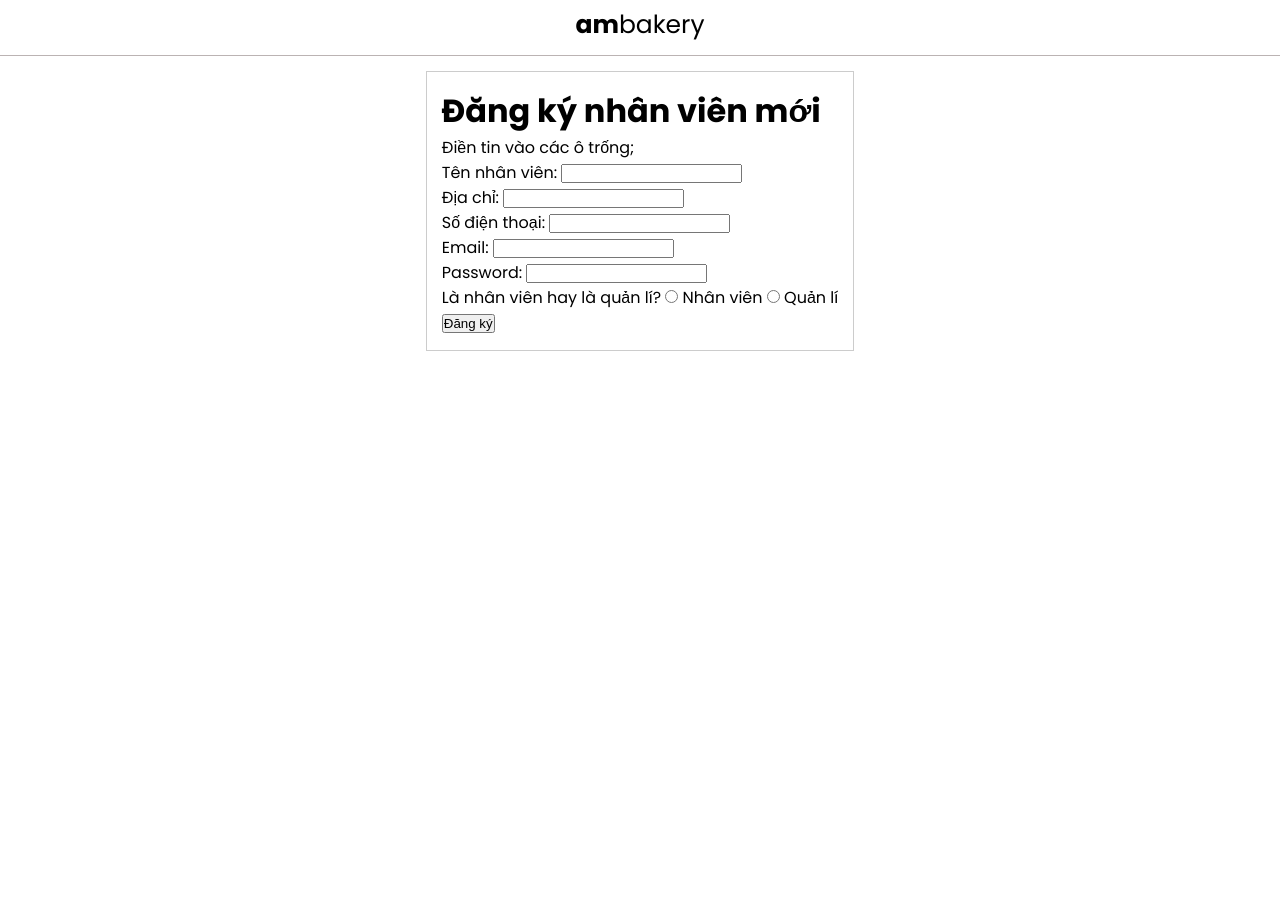
Repository: ntsanq/AmBakery
Page: http://localhost/j2school_Project/admin/dashboard_quanly/form_them_nhanvien.php
These files come from the project's save history. The page is drawn as it stood at one moment and after the next save; the edit follows.
The browser window is 1280 px wide. The pictures show the whole page.
The page is run by PHP 8.4 with error messages shown; the project is at /var/www/html/.

Above is the page before, as saved 2021-12-21 22:51:13.

### admin/dashboard_quanly/form_them_nhanvien.php
<!DOCTYPE html>
<html>
<head>
	<meta charset="utf-8">
	<meta name="viewport" content="width=device-width, initial-scale=1">
	<title>Đăng ký cho nhân viên</title>
	<link rel="stylesheet" href="css/form.css">
	<link href="https://fonts.googleapis.com/css2?family=Poppins:wght@300;400;500;600;700&family=Roboto:wght@500&display=swap0" rel="stylesheet">
</head>
<body>
<header>
        <div id="header">
            <a href="#" class="header__logo" >
                <span><b>am</b>bakery</span>
            </a>
        </div>
    </header>
	<div class="container">
		<form action="them_nhanvien_process.php" method="POST">
			<div >
				<h1>Đăng ký nhân viên mới</h1>
				<p>Điền	 tin vào các ô trống;</p>

				<!-- <label for="ma">Mã nhân viên: </label>
				<input type="text" name="ma">
				<br> -->
				<label for="ten">Tên nhân viên: </label>
				<input type="text" name="ten">
				<br>
				<label for="dia_chi">Địa chỉ: </label>
				<input type="text" name="dia_chi">
				<br>
				<label for="sdt">Số điện thoại: </label>
				<input type="text" name="sdt">
				<br>
				<label for="email">Email: </label>
				<input type="text" name="email">
				<br>
				<label for="mat_khau">Password: </label>
				<input type="password" name="mat_khau">
				<br>
				<label for="cap_do">Là nhân viên hay là quản lí?  </label>
				<input type="radio" name="cap_do" value="0">
				<label for="nhan_vien">Nhân viên </label>
				<input type="radio" name="cap_do" value="1">
				<label for="quan_li">Quản lí </label>
				<br>
				 <input type="submit" id="them_nhanvien_btn" value="Đăng ký">
			</div>
		</form>
	</div>
</body>
</html>

### admin/dashboard_quanly/css/form.css
*{
	margin: 0;
	padding: 0;
}

html{
	box-sizing: border-box;
	font-size: 62.5%; /*10px*/
}

body{
	font-family: "Poppins", sans-serif;
	font-size: 1.6rem;
	height:90rem;
	font-weight: 400;


}
header{
	width: 100%;
	height: 50px;
	font-family: inherit;
	display: flex;
	justify-content: center;
	align-items: center;
	font-size: 1.5rem;
	padding-bottom: 0.5rem;
	border-bottom: 1px solid rgb(187, 179, 179);
	position: relative;
	background-color: white;
}
a{
	text-decoration: none;
	color: black;
}
p{
	margin-bottom: 0%;
}
.header__logo span{
	font-size: 2.5rem;
}
.container{
  width: 1200px;
  margin: 0 auto;
  display: flex;
  justify-content: center;
  align-items: center;
  margin-top: 1.5rem;

}
.container form{
  margin: 0 auto;
  padding: 1.5rem;
  border: 1px solid #ccc;
}

After the next save:
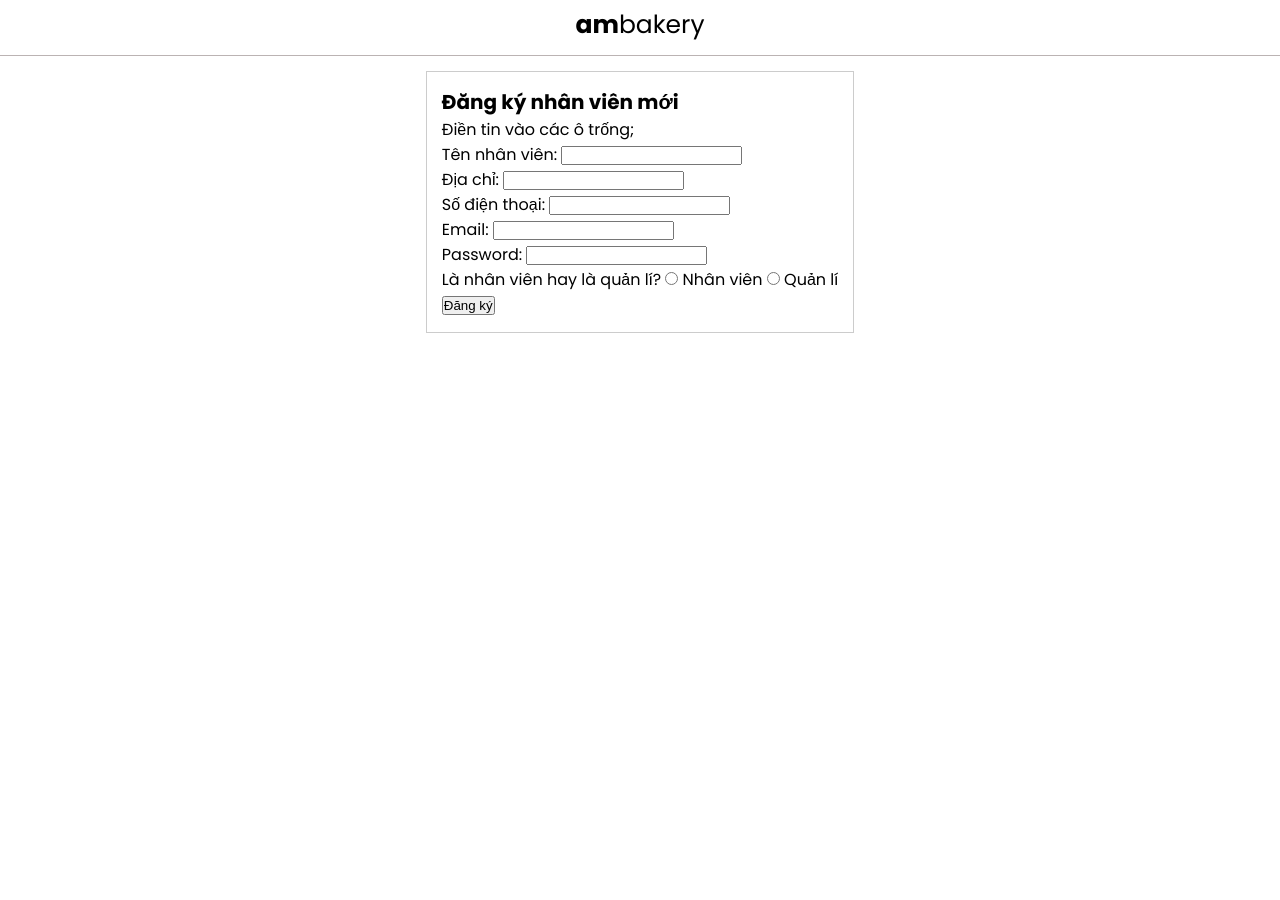
Saved 71 s later.
--- a/admin/dashboard_quanly/css/form.css
+++ b/admin/dashboard_quanly/css/form.css
@@ -53,3 +53,6 @@ p{
   padding: 1.5rem;
   border: 1px solid #ccc;
 }
+form div h1{
+  font-size: 2rem;
+}
